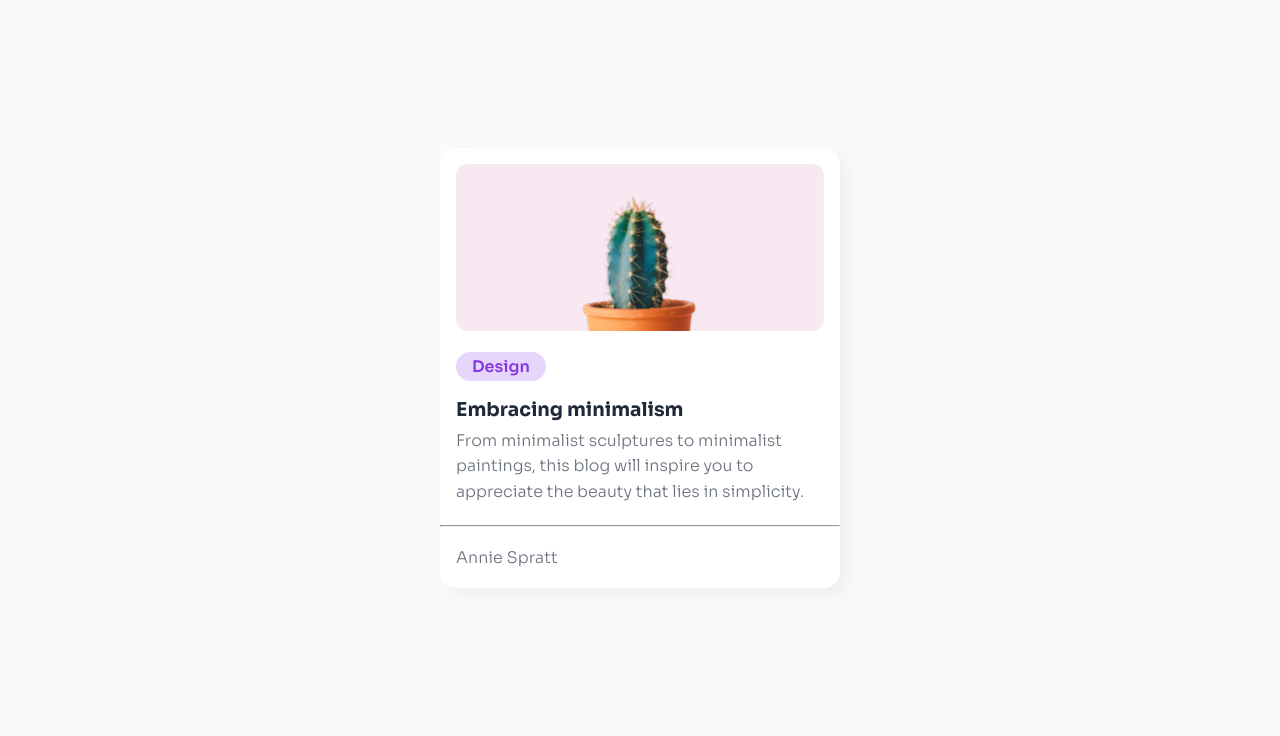
Repository: PCGP22/devChallengesio
Page: 01 - Minimal Blog Card/blogCard.html
An editor plug-in stored every save of this project. The page is shown before and after the next save, followed by the edit.
The browser window is 1280 px wide. The pictures show the whole page.

Above is the page before, as saved 2024-01-01 20:08:59.

### 01 - Minimal Blog Card/blogCard.html
<!DOCTYPE html>
<html lang="en">
<head>
    <link rel="stylesheet" type="text/css" href="styles.css">
    <meta charset="UTF-8">
    <meta name="viewport" content="width=device-width, initial-scale=1.0">
    <title>Document</title>
</head>
<body>
    <div class="card">
        <img src="./cactus_img.jpg" alt="cactus image">
        <p class="tag">Design</p>
        <h1>Embracing minimalism</h1>
        <p class="text">From minimalist sculptures to minimalist paintings, this blog will inspire you to appreciate the beauty that lies in simplicity.</p>
        <hr/>
        <p class="author">Annie Spratt</p>
    </div>
</body>
</html>

### 01 - Minimal Blog Card/styles.css
@import url('https://fonts.googleapis.com/css2?family=Prata&family=Sora:wght@300;400;500;600;700&display=swap');

:root{
    --purple_text: #883AE1;
    --purple_background: #E6D6FC;
    --line: #E5EAF0;
    --body_background: #FAFAF9;
    --card_background: #FFFFFF;
    --text_title: #20293A;
    --text_body: #6C727F;
    --shadow: #efefee;

    --card_width: 368px;

    font-family: 'Sora', sans-serif;;
    color: var(--text_title);
}

body{
    background-color: var(--body_background);
    display: grid;
    place-content: center;
    min-height: 100svh;
}

.card{
    background-color: var(--card_background);
    padding: 16px;
    max-width: var(--card_width);
    border-radius: 16px;
    box-shadow: var(--shadow) 8px 8px 16px;
}

.card img{
    width: 100%;
    border-radius: 12px;
}

.tag{
    display: inline-block;
    background-color: var(--purple_background);
    color: var(--purple_text);
    font-weight: 600;
    padding: 4px 16px;
    border-radius: 16px;
    margin-block: 16px;
}

h1{
    font-size: 1.2em;
    margin-top: 0;
    margin-bottom: 6px;
}

.text{
    margin-top: 0;
    margin-bottom: 20px;
    color: var(--text_body);
    font-weight: 300;
    line-height: 1.6em;
}

hr{
    color: var(--line);
    margin-inline: -16px;
    margin-block: 0;
}

.author{
    color: var(--text_body);
    margin-block: 0;
    padding-top: 20px;
    padding-bottom: 4px;
    font-weight: 300;
}

After the next save:
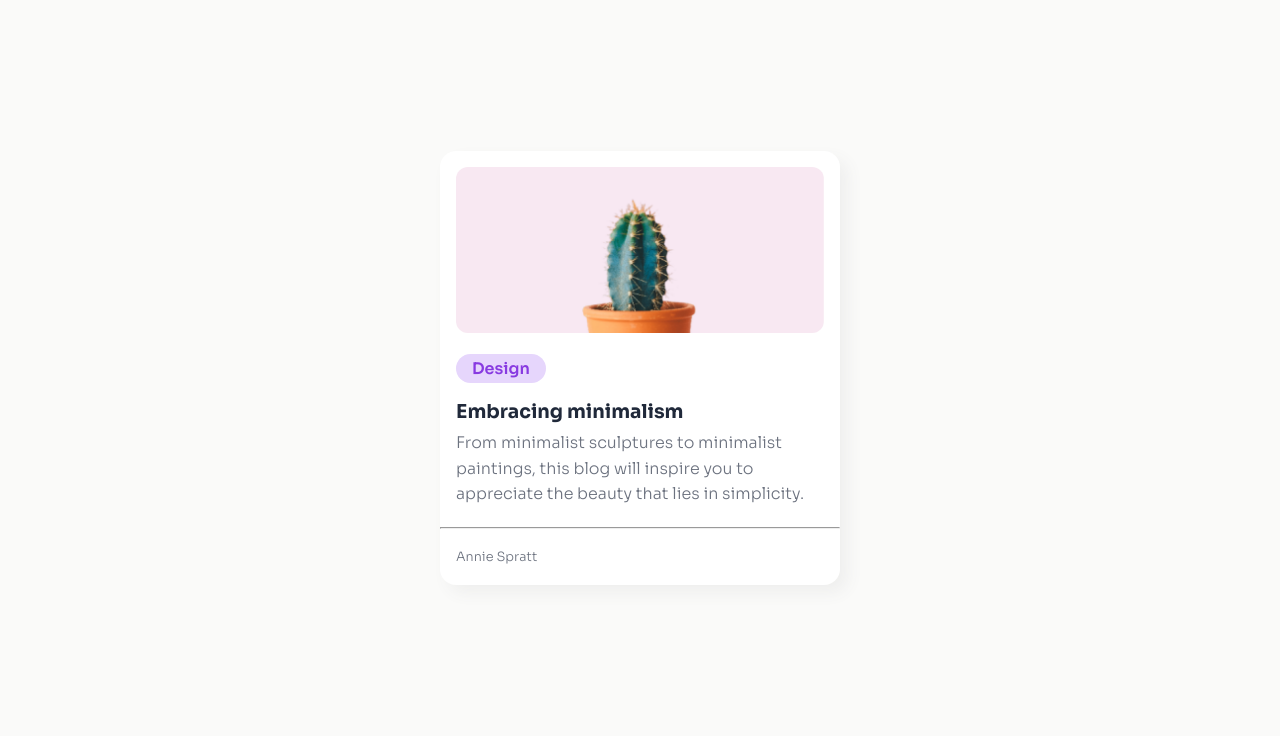
Saved 15 s later.
--- a/01 - Minimal Blog Card/styles.css
+++ b/01 - Minimal Blog Card/styles.css
@@ -72,4 +72,5 @@ hr{
     padding-top: 20px;
     padding-bottom: 4px;
     font-weight: 300;
+    font-size: 0.8em;
 }
